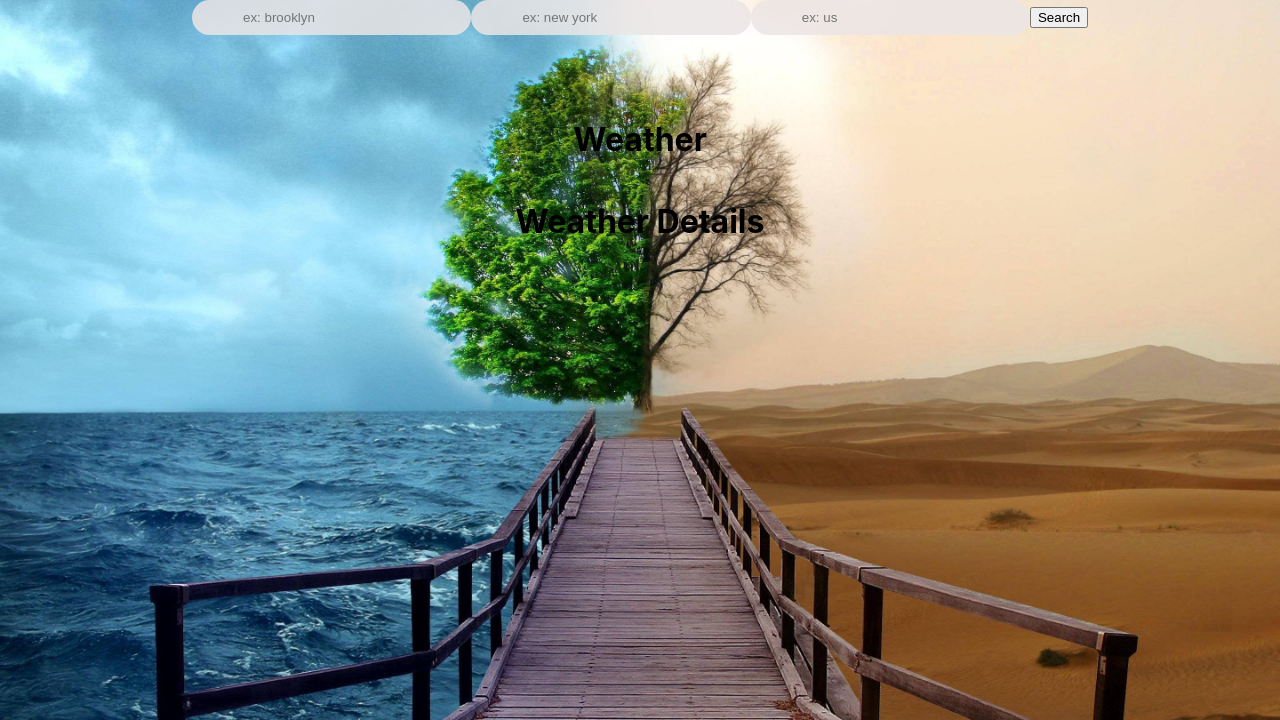
Repository: Mohsin231/Weather_App
Page: /
An editor plug-in stored every save of this project. The page is shown before and after the next save, followed by the edit.
The browser window is 1280 px wide. The pictures show the whole page.
The project was rebuilt for these pictures with package versions that can differ from the ones it lists, and the page was loaded fresh each time.

Above is the page before, as saved 2021-01-25 04:18:26.

### src/App.js
import React, { useState } from 'react'
import Weather from './Components/Weather'
import WeatherDetails from './Components/WeatherDetails'
import SearchForm from './Components/SearchForm'
import { Route } from 'react-router-dom';
import './App.css';


function App() {

  const [data, setData] = useState({
    city:"",
    state:"",
    country:""
  })

  const [weatherData, setWeatherData] = useState(null);

  const [weatherDetails, setWeatherDetails] = useState(null);



  function handleChange(event) {
    setData({...data, [event.target.id]:event.target.value})
    console.log(data)

    }



  return (
    <>

    <div className="App">
      <SearchForm
      handleChange={handleChange}
      data={data}
      setData={setData}
      setWeatherData={setWeatherData}
      setWeatherDetails={setWeatherDetails}
      />

<Route path="/" exact component={() => <Weather data={data} setData={setData} weatherData={weatherData}  />} />
<Route path="/" exact component={() => <WeatherDetails data={data} setData={setData} weatherDetails={weatherDetails} />} />




    </div>
    </>

  );
}

export default App;

### src/Components/Weather.js
import React, { useState, useEffect } from "react";
import WeatherDetails from "../Components/WeatherDetails";
import '../Weather.css';


const Weather = ({ data, setData, weatherData }) => {
  const [action, setAction] = useState("");

  return (
      <div className="main">
        <h1>Weather</h1>

        {weatherData &&
        (
          <div className="city-container">

            <div className="city">
            <h2 className="city-name">
              <span>{weatherData.name}, {weatherData.sys.country}</span>
            </h2>

            <div className="city-temp">
              {Math.round(weatherData.main.temp)}
              <sup>&deg;F</sup>
            </div>

            <div className="icon">
              <img className="city-icon" src={`https://openweathermap.org/img/wn/${weatherData.weather[0].icon}@2x.png`} alt={weatherData.weather[0].description} />
              <p>{weatherData.weather[0].description}</p>
            </div>
            </div>

            <button onClick = {() => {setAction("moreDetails")}} id="moreDetails">Show more details...</button>
            </div>


)
}
      {
        action === "moreDetails"
        &&
        <WeatherDetails/>
      }
      </div>

    );
}

export default Weather;
//extracts information



// {weatherData && (
//   <div className="city"
//   <h2 className="city">
//     <span>{weatherData.name}, {weatherData.sys.country}</span>
//   </h2>

// <div className="city-temp">
//   {Math.round(weatherData.main.temp)}
//   <sup>&deg;F</sup>
// </div>

// <div className="city-icon">
// <img className="weather-icon" src={`http://openweathermap.org/img/wn/${weatherData.weather[0].icon}@2x.png`} alt={weatherData.weather[0].description} />
// <p>{weatherData.weather[0].description}</p>
// </div>

// </div>

// )}

// </div>
// </>

### src/Components/WeatherDetails.js
import React, { useState, useEffect } from "react";
import '../WeatherDetails.css';

const WeatherDetails = ({data, setData, weatherDetails }) => {

  return (
    <div className="main">
      <h1>Weather Details</h1>

      {weatherDetails &&
      (
        <div className="moreInfo">
          <h2>Feels Like: {weatherDetails.main.feels_like}</h2>
          <h2>Min: {weatherDetails.main.temp_min}, Max:{weatherDetails.main.temp_max}</h2>
          <h2>Humidity: {weatherDetails.main.humidity}</h2>
          <h2>Wind Speed: {weatherDetails.wind.speed}</h2>
          </div>

)
}

    </div>

  );
}

export default WeatherDetails;
//displays details of weather

### src/Components/SearchForm.js
import React, {useEffect} from 'react';
import '../SearchForm.css';
//search


  // Destructure props object
  function SearchForm({handleChange, data, setData, setWeatherData, setWeatherDetails }) {


    const getData = () => {

      let url = `http://api.openweathermap.org/data/2.5/weather?q=${data.city},${data.state},${data.country}&units=imperial&appid=${process.env.REACT_APP_ONEDAY}`

    fetch(url)
      .then(res => res.json())
      .then(res => {
        console.log(res)
        setWeatherData(res);
        setWeatherDetails(res)
      })
      .catch(err => {
        console.error(err);
      });}

  function handleSubmit(event) {
    event.preventDefault();
    getData();
  }

    return (
      <form onSubmit={handleSubmit} className="searchForm">
        <input
          className="search"
          id="city"
          placeholder="ex: brooklyn"
          type="text"
          name="searchString"
          required
          onChange={handleChange}
          value={data.city}
        />
        <input
        className="search"
          id="state"
          placeholder="ex: new york"
          type="text"
          name="searchString"
          required
          onChange={handleChange}
          value={data.state}
        />
        <input
        className="search"
          id="country"
          placeholder="ex: us"
          type="text"
          name="searchString"
          required
          onChange={handleChange}
          value={data.country}
        />
        <button>Search</button>
      </form>
    );
  }
  export default SearchForm;

### src/App.css
.App {
  text-align: center;

}

body {
  background: url("./images/weatherBackground.jpg");
  background-size: cover;
  background-repeat: no-repeat;
}

### src/Weather.css

.main {
    height: 100%;
    display: flex;
    justify-content: center;
    align-items: center;
    flex-direction: column;
  }

  .city {
    padding: 40px, 40px, 60px, 60px;
    border-radius: 25px;
    background: rgba(235, 230, 230, 0.85);
}

#moreDetails {
    margin-top: 100px;
}

### src/WeatherDetails.css
.more-info {
    padding: 40px, 40px, 60px, 60px;
    border-radius: 25px;
    background: rgba(235, 230, 230, 0.85);

}
.main {
    height: 100%;
    display: flex;
    justify-content: center;
    align-items: center;
    flex-direction: column;
  }

### src/SearchForm.css
.search {
    outline: none;
    padding: 10px 4%;
    border-radius: 20px;
    border: none;
    margin-bottom: 5%;
    background: rgba(235, 230, 230, 0.85);
}

Loaded but not shown: public/index.html (common file); src/index.js (common file); src/index.css (common file); src/reportWebVitals.js (common file)

After the next save:
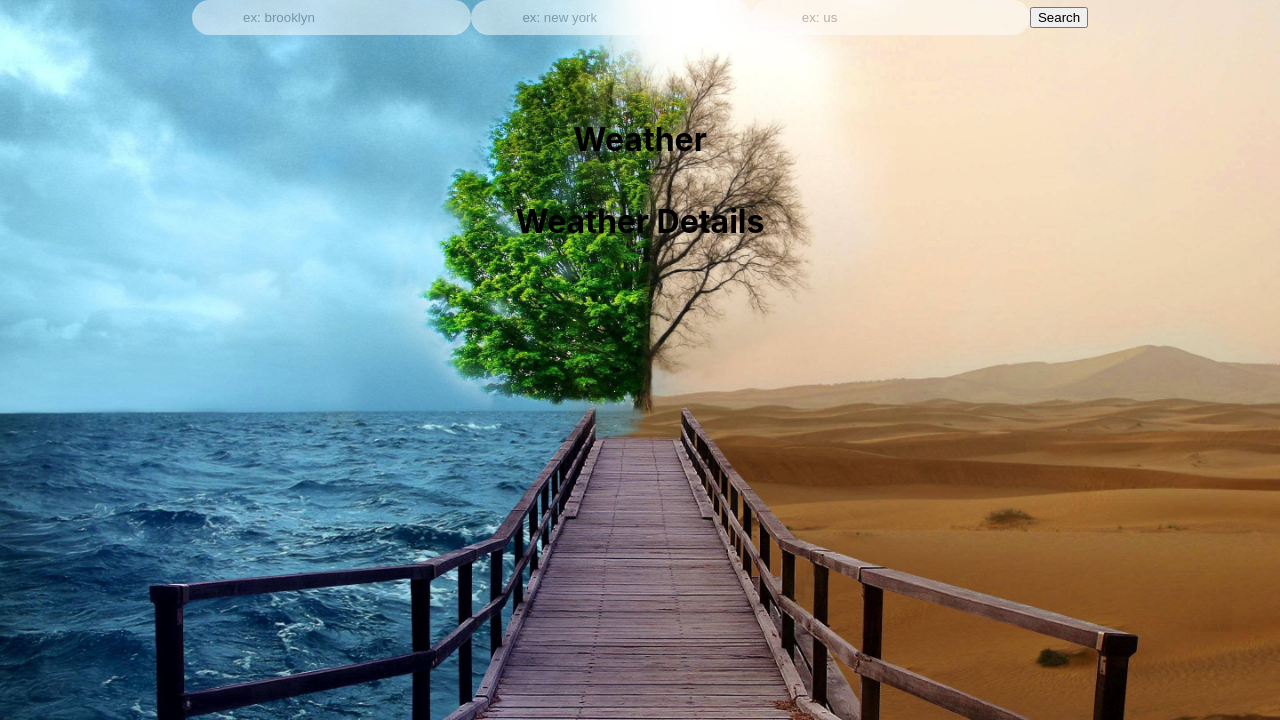
Saved 41 s later.
--- a/src/SearchForm.css
+++ b/src/SearchForm.css
@@ -4,5 +4,5 @@
     border-radius: 20px;
     border: none;
     margin-bottom: 5%;
-    background: rgba(235, 230, 230, 0.85);
+    opacity: 0.5;
 }
